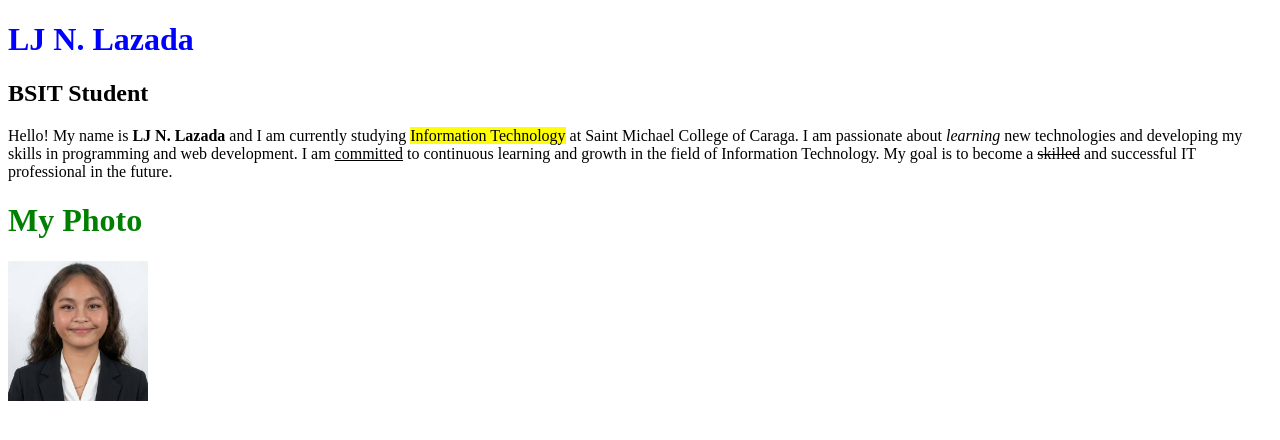
Repository: ljlazada11/myfirsthtml
Page: index.html
The author's editor kept a copy of each file at every save. The page is drawn from the files as they stood at one save, then again after the next save.
The browser window is 1280 px wide. The pictures show the whole page.

Above is the page before, as saved 2026-06-24 19:21:22.

### index.html
<!DOCTYPE html>
<html lang="en">
<head>
    <meta charset="UTF-8">
    <meta name="viewport" content="width=device-width, initial-scale=1.0">
    <title>My Personal Web Profile</title>
    <link rel="icon" type="image/x-icon" href="images.png">

</head>
<body>
    <h1 style="color:blue;">LJ N. Lazada</h1>
    <h2>BSIT Student</h2>
    <p>Hello! My name is <strong>LJ N. Lazada</strong> and I am currently studying <mark>Information Technology</mark> at Saint Michael College of Caraga. I am passionate about <i>learning</i> new technologies and developing my skills in programming and web development. I am <ins>committed</ins> to continuous learning and growth in the field of Information Technology. My goal is to become a <del>skilled</del> and successful IT professional in the future.</p>
</body>
    <h1 style="color:green;">My Photo</h1>
    <img src="pic.jpg" alt="My	Profile	Picture" width="140" height="140">
</html>

After the next save:
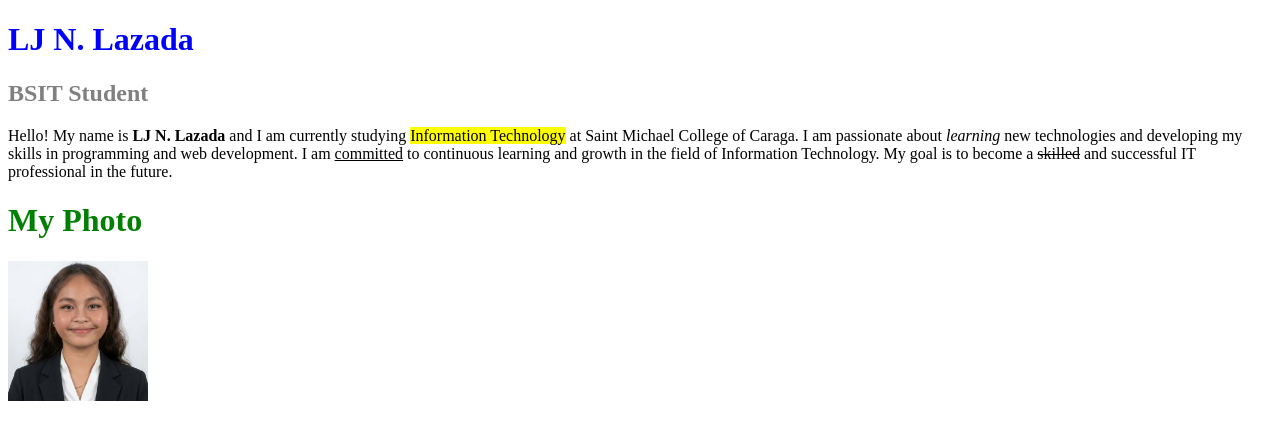
Saved 35 s later.
--- a/index.html
+++ b/index.html
@@ -9,7 +9,7 @@
 </head>
 <body>
     <h1 style="color:blue;">LJ N. Lazada</h1>
-    <h2>BSIT Student</h2>
+    <h2 style="color:gray;">BSIT Student</h2>
     <p>Hello! My name is <strong>LJ N. Lazada</strong> and I am currently studying <mark>Information Technology</mark> at Saint Michael College of Caraga. I am passionate about <i>learning</i> new technologies and developing my skills in programming and web development. I am <ins>committed</ins> to continuous learning and growth in the field of Information Technology. My goal is to become a <del>skilled</del> and successful IT professional in the future.</p>
 </body>
     <h1 style="color:green;">My Photo</h1>
